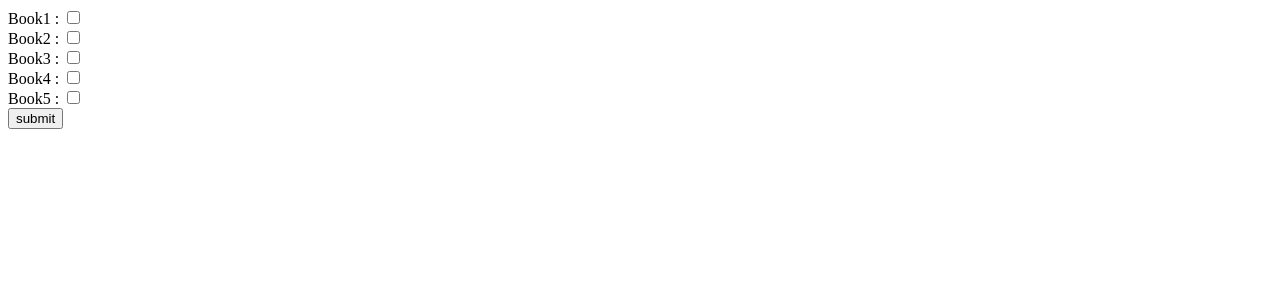
Repository: ravangs/trainingprojects
Page: mywebapp/src/main/webapp/cars.html
The author's editor kept a copy of each file at every save. The page is drawn from the files as they stood at one save, then again after the next save.
The browser window is 1280 px wide. The pictures show the whole page.

Above is the page before, as saved 2019-07-16 11:11:55.

### mywebapp/src/main/webapp/cars.html
<!DOCTYPE html>
<html>
<head>
<meta charset="UTF-8">
<title>Cars</title>
</head>
<body>
<form action=carservlet method="post">

Book1 : <input type="checkbox" name="cars" value="Car1"  /><br />
Book2 : <input type="checkbox" name="cars" value="Car2"  /><br />
Book3 : <input type="checkbox" name="cars" value="Car3"  /><br />
Book4 : <input type="checkbox" name="cars" value="Car4"  /><br />
Book5 : <input type="checkbox" name="cars" value="Car5"  /><br />

<input type=submit value="submit">

</form>

</body>
</html>

After the next save:
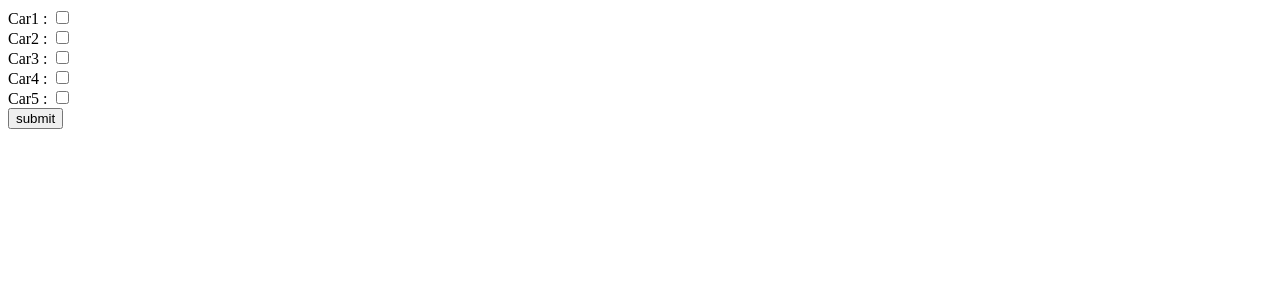
Saved 3 min 53 s later.
--- a/mywebapp/src/main/webapp/cars.html
+++ b/mywebapp/src/main/webapp/cars.html
@@ -7,11 +7,11 @@
 <body>
 <form action=carservlet method="post">
 
-Book1 : <input type="checkbox" name="cars" value="Car1"  /><br />
-Book2 : <input type="checkbox" name="cars" value="Car2"  /><br />
-Book3 : <input type="checkbox" name="cars" value="Car3"  /><br />
-Book4 : <input type="checkbox" name="cars" value="Car4"  /><br />
-Book5 : <input type="checkbox" name="cars" value="Car5"  /><br />
+Car1 : <input type="checkbox" name="cars" value="Car1"  /><br />
+Car2 : <input type="checkbox" name="cars" value="Car2"  /><br />
+Car3 : <input type="checkbox" name="cars" value="Car3"  /><br />
+Car4 : <input type="checkbox" name="cars" value="Car4"  /><br />
+Car5 : <input type="checkbox" name="cars" value="Car5"  /><br />
 
 <input type=submit value="submit">
 
